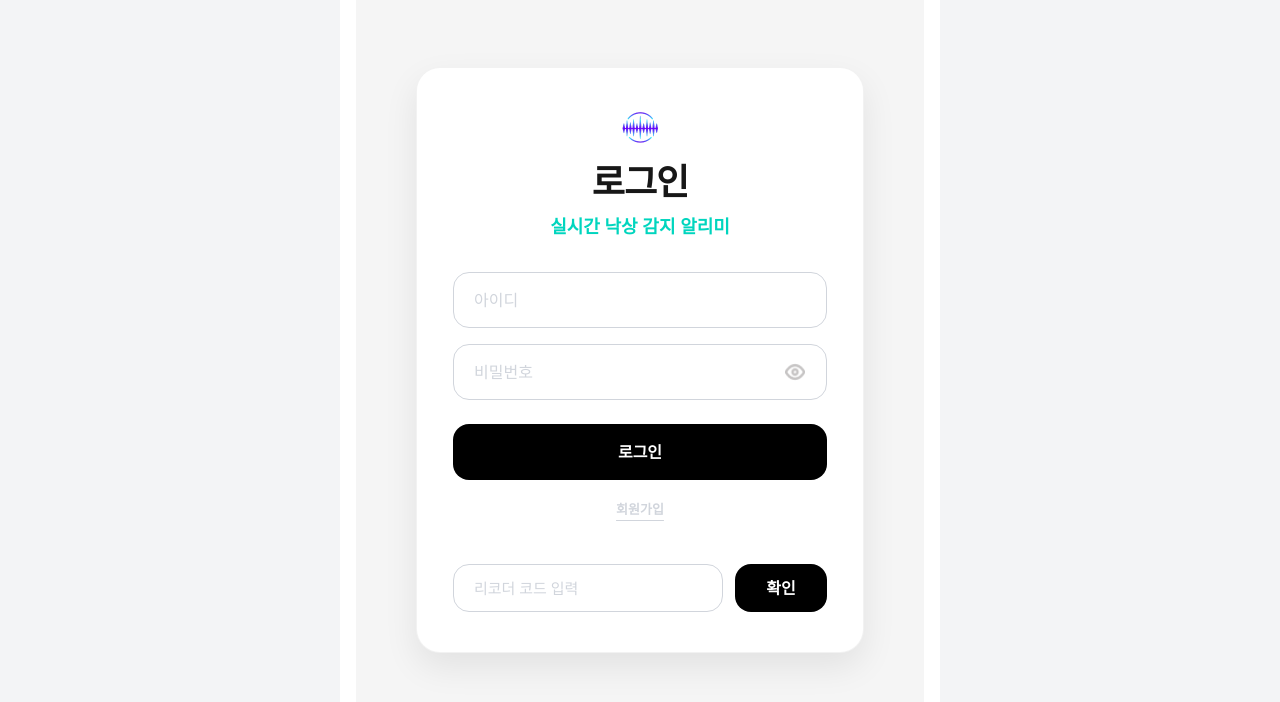
Repository: AudioFallCare/AudioFallCare_web
Page: /
These files come from the project's save history. The page is drawn as it stood at one moment and after the next save; the edit follows.
The browser window is 1280 px wide. The pictures show the whole page.
Some web fonts or font styles are not loaded; a fallback is used. The project was rebuilt for these pictures with package versions that can differ from the ones it lists, and the page was loaded fresh each time. Also part of the build but not shown: src/pages/Signup.jsx.

Above is the page before, as saved 2026-01-29 13:26:53.

After the next save:
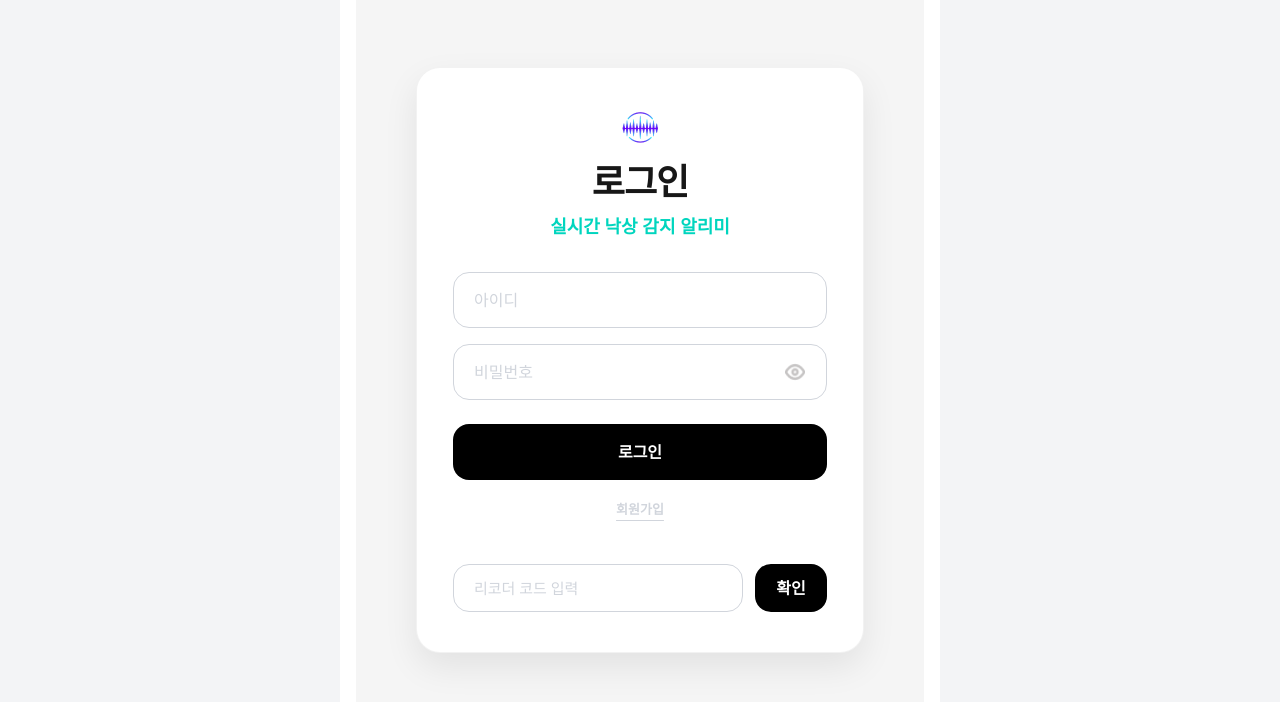
Saved 10 s later.
--- a/src/pages/Signin.jsx
+++ b/src/pages/Signin.jsx
@@ -89,7 +89,7 @@ const Login = () => {
           />
           <button
             type="button"
-            className="h-12 min-w-[92px] px-5 rounded-2xl bg-black text-white font-bold hover:bg-neutral-900 active:translate-y-[1px]"
+            className="h-12 min-w-[72px] px-5 rounded-2xl bg-black text-white font-bold hover:bg-neutral-900 active:translate-y-[1px]"
           >
             확인
           </button>
